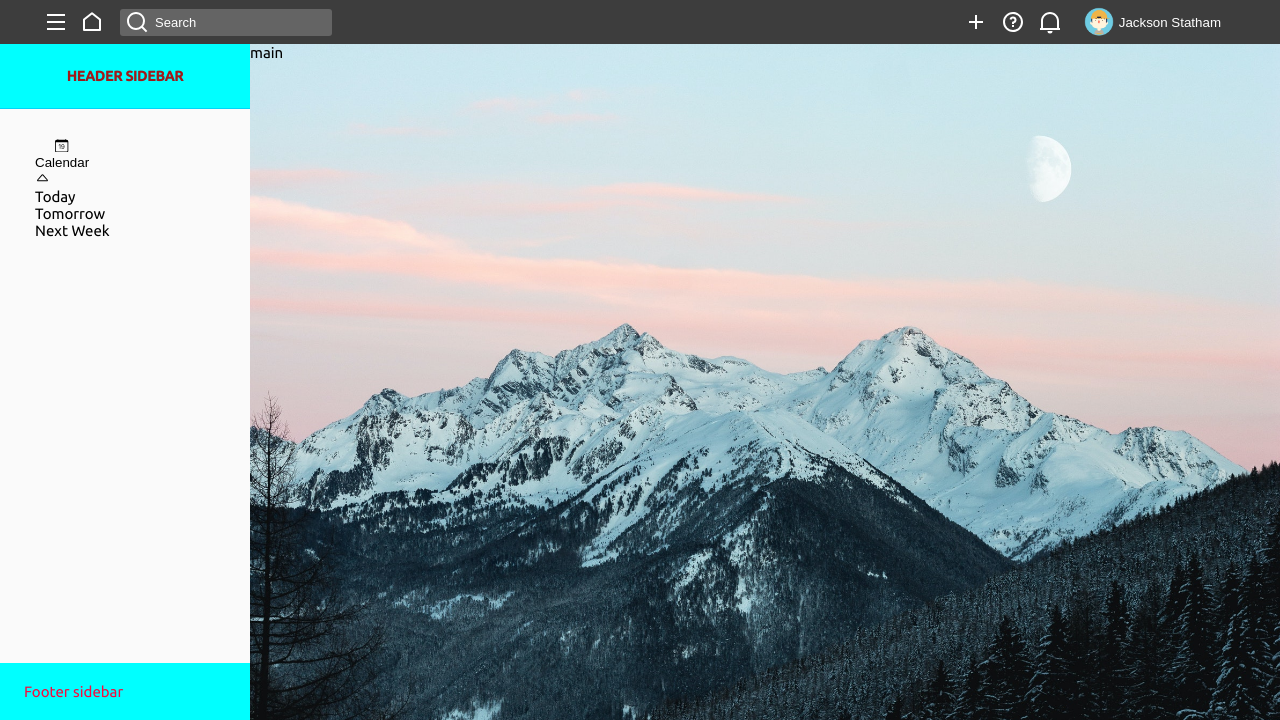
Repository: huuthe1999/to-do-list
Page: /
An editor plug-in stored every save of this project. The page is shown before and after the next save, followed by the edit.
The browser window is 1280 px wide. The pictures show the whole page.
The project was rebuilt for these pictures with package versions that can differ from the ones it lists, and the page was loaded fresh each time. Also part of the build but not shown: src/components/calendar/calendarItem/calendarItem.scss, src/components/form/addForm/addForm.scss, src/components/form/addForm/AddForm.js, src/components/modal/modal.scss, src/components/modal/Modal.js.

Above is the page before, as saved 2022-02-17 11:29:56.

After the next save:
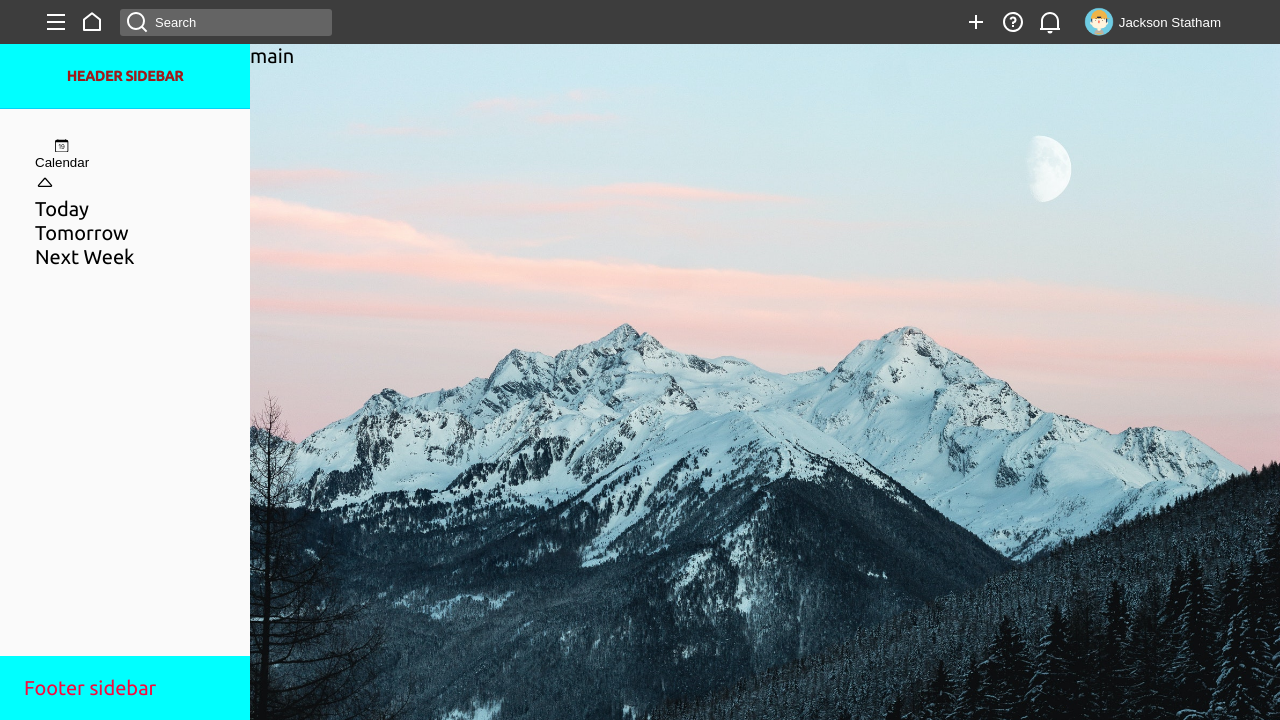
Saved 33 s later.
--- a/src/App.scss
+++ b/src/App.scss
@@ -20,7 +20,7 @@
 
 .app {
 	font-family: 'Ubuntu', sans-serif;
-	font-size: 15px;
+	font-size: 20px;
 	width: 100vw;
 	height: 100vh;
 	background-color: var(--bg);
